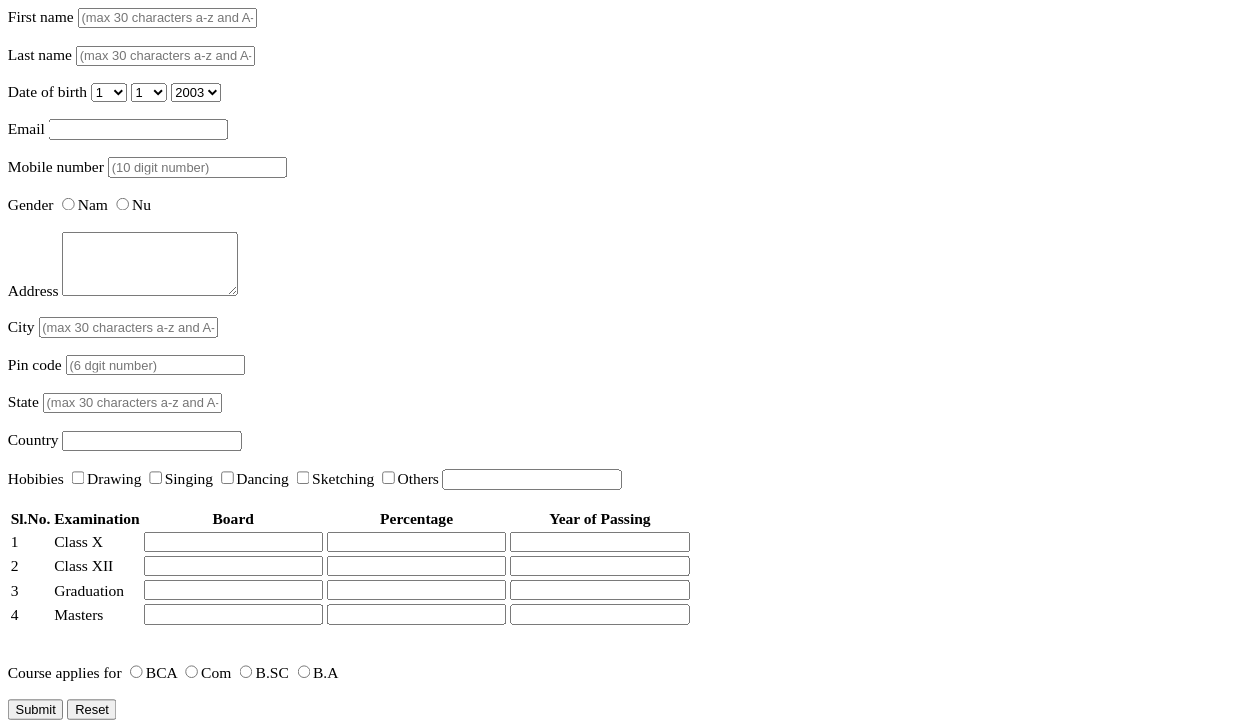
Repository: Knguyen2003/Spring
Page: http://localhost/PhanNguyenKhoiNguyen_21068021_Tuan04/StudentForm.jsp
An editor plug-in stored every save of this project. The page is shown before and after the next save, followed by the edit.
The browser window is 1280 px wide. The pictures show the whole page, at 97% of full size.
The page is served by Tomcat 10. Other server files are loaded and not shown.

Above is the page before, as saved 2024-09-11 10:24:33.

### JavaServlet/Tuan4/PhanNguyenKhoiNguyen_21068021_Tuan04/src/main/webapp/StudentForm.jsp
<%@ page language="java" contentType="text/html; charset=ISO-8859-1"
	pageEncoding="ISO-8859-1"%>
<!DOCTYPE html>
<html>
<head>
<meta charset="ISO-8859-1">
<title>Insert title here</title>
</head>
<body>

	<form action="StudentSevlet" method="post">

		<label>First name</label> <input type="text" name="txtFirstName"
			maxlength="30" placeholder="(max 30 characters a-z and A-z)">
		<br> <br> <label>Last name</label> <input type="text"
			name="txtLastName" maxlength="30"
			placeholder="(max 30 characters a-z and A-z)"><br> <br>
		<label>Date of birth</label> <select id="ngay" name="day">
			<option value="01">1</option>
			<option value="02">2</option>
			<option value="03">3</option>
			<option value="04">4</option>
			<option value="05">5</option>
			<option value="06">6</option>
			<option value="07">7</option>
			<option value="08">8</option>
			<option value="09">9</option>
			<option value="10">10</option>
		</select> <select id="thang" name="month">
			<option value="01">1</option>
			<option value="02">2</option>
			<option value="03">3</option>
			<option value="04">4</option>
			<option value="05">5</option>
			<option value="06">6</option>
			<option value="07">7</option>
			<option value="08">8</option>
			<option value="09">9</option>
			<option value="10">10</option>
			<option value="11">11</option>
			<option value="12">12</option>
		</select> <select id="name" name="year">
			<option value="2003">2003</option>
			<option value="2004">2004</option>
			<option value="2005">2005</option>
			<option value="2006">2006</option>
		</select><br> <br> <label>Email</label> <input type="text"
			name="txtEmail" maxlength="30"><br> <br> <label>Mobile
			number</label> <input type="text" name="txtPhone" maxlength="30"
			placeholder="(10 digit number)"><br> <br> <label>Gender</label>
		<label><input type="radio" name="gioitinh" value="nam"
			required>Nam</label> <label><input type="radio"
			name="gioitinh" value="nu">Nu</label><br> <br> <label>Address</label>
		<textarea rows="4" cols="20" name="txtAddress"></textarea>
		<br> <br> <label>City</label> <input type="text"
			name="txtCity" maxlength="30"
			placeholder="(max 30 characters a-z and A-z)"><br> <br>
		<label>Pin code</label> <input type="text" name="txtPincode"
			maxlength="30" placeholder="(6 dgit number)"><br> <br>
		<label>State</label> <input type="text" name="txtState" maxlength="30"
			placeholder="(max 30 characters a-z and A-z)"><br> <br>
		<label>Country</label> <input type="text" name="txtCountry"
			maxlength="30"><br> <br> <label>Hobibies</label> <label><input
			type="checkbox" name="hobbies" value="Drawing">Drawing</label> <label><input
			type="checkbox" name="hobbies" value="Singing">Singing</label> <label><input
			type="checkbox" name="hobbies" value="Dancing">Dancing</label> <label><input
			type="checkbox" name="hobbies" value="Sketching">Sketching</label> <label><input
			type="checkbox" name="hobbies" value="Others">Others</label> <input
			type="text" name="other" maxlength="30"> <br> <br>
		<table>
			<thead>
				<tr>
					<th>Sl.No.</th>
					<th>Examination</th>
					<th>Board</th>
					<th>Percentage</th>
					<th>Year of Passing</th>
				</tr>
			</thead>
			<tbody>
				<tr>
					<td>1</td>
					<td>Class X</td>
					<td><input type="text" maxlength="10"></td>
					<td><input type="text" class="short-input" maxlength="5"></td>
					<td><input type="text" class="short-input" maxlength="4"></td>
				</tr>
				<tr>
					<td>2</td>
					<td>Class XII</td>
					<td><input type="text" maxlength="10"></td>
					<td><input type="text" class="short-input" maxlength="5"></td>
					<td><input type="text" class="short-input" maxlength="4"></td>
				</tr>
				<tr>
					<td>3</td>
					<td>Graduation</td>
					<td><input type="text" maxlength="10"></td>
					<td><input type="text" class="short-input" maxlength="5"></td>
					<td><input type="text" class="short-input" maxlength="4"></td>
				</tr>
				<tr>
					<td>4</td>
					<td>Masters</td>
					<td><input type="text" maxlength="10"></td>
					<td><input type="text" class="short-input" maxlength="5"></td>
					<td><input type="text" class="short-input" maxlength="4"></td>
				</tr>
			</tbody>
		</table>

		<br> <br> <label>Course applies for</label> <label><input
			type="radio" name="course" value="BCA" required>BCA</label> <label><input
			type="radio" name="course" value="Com">Com</label> <label><input
			type="radio" name="course" value="B.SC" required>B.SC</label> <label><input
			type="radio" name="course" value="B.A">B.A</label><br> <br>
		<input type="submit" value="Submit"> <input type="reset"
			value="Reset">

	</form>


</body>
</html>

After the next save:
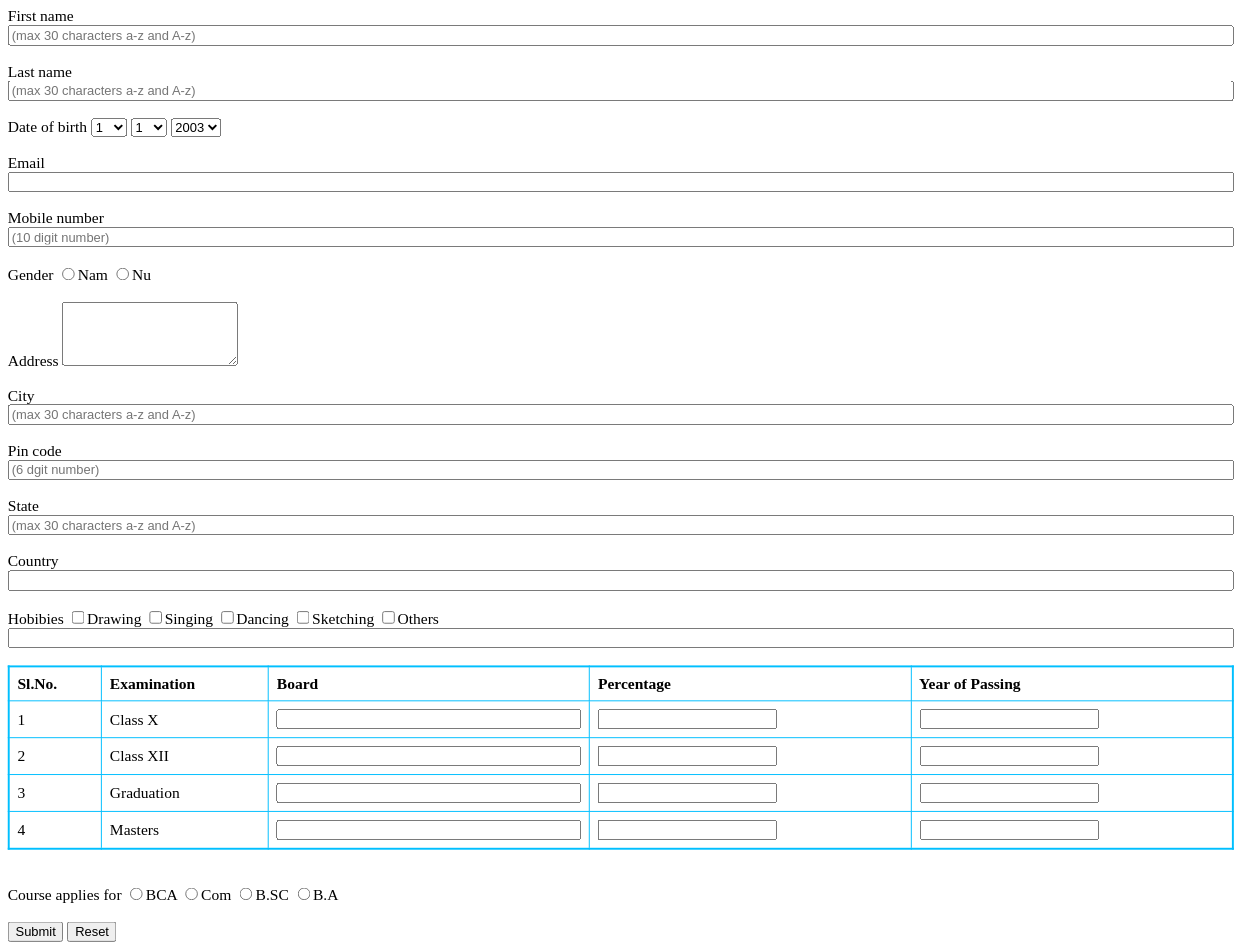
Saved 76 s later.
--- a/JavaServlet/Tuan4/PhanNguyenKhoiNguyen_21068021_Tuan04/src/main/webapp/StudentForm.jsp
+++ b/JavaServlet/Tuan4/PhanNguyenKhoiNguyen_21068021_Tuan04/src/main/webapp/StudentForm.jsp
@@ -5,6 +5,25 @@
 <head>
 <meta charset="ISO-8859-1">
 <title>Insert title here</title>
+<style>
+        table {
+            width: 100%;
+            border-collapse: collapse;
+            border: 2px solid #00BFFF; /* Màu của đường viền */
+        }
+        th, td {
+            border: 1px solid #00BFFF;
+            padding: 8px;
+            text-align: left;
+        }
+        input[type="text"] {
+            width: 100%; /* Đảm bảo input chiếm hết không gian của ô */
+            box-sizing: border-box; /* Đảm bảo padding không làm rộng input quá kích thước đã định */
+        }
+        input.short-input { /* Đối với input của cột Year of Passing và Percentage */
+            width: auto; /* Để input không chiếm hết không gian */
+        }
+    </style>
 </head>
 <body>
 
